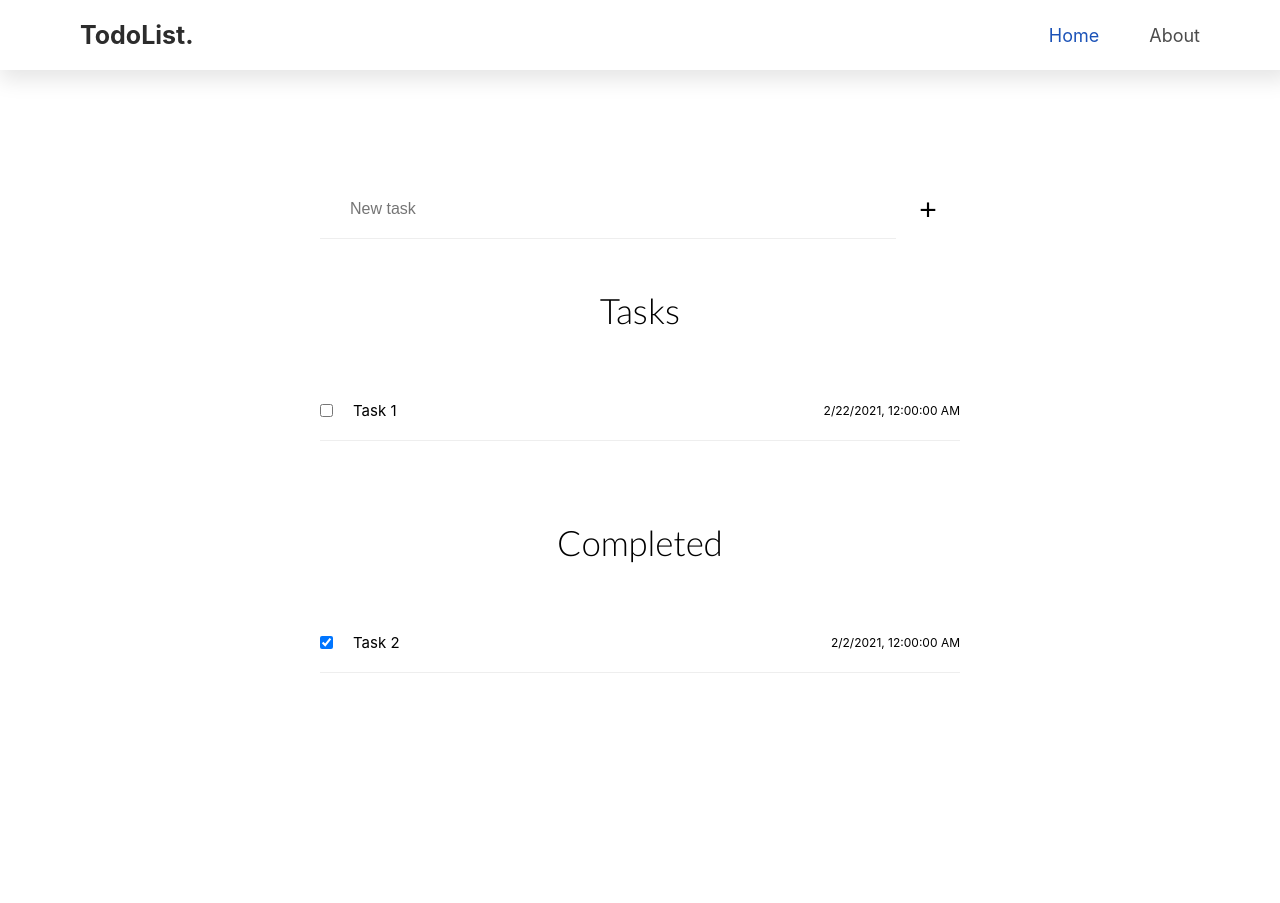
Repository: dqhuy153/react-todoList
Page: /
The author's editor kept a copy of each file at every save. The page is drawn from the files as they stood at one save, then again after the next save.
The browser window is 1280 px wide. The pictures show the whole page.
The project was rebuilt for these pictures with package versions that can differ from the ones it lists, and the page was loaded fresh each time. Also part of the build but not shown: src/components/UI/LoadingSpinner.module.scss.

Above is the page before, as saved 2021-09-16 22:10:36.

After the next save:
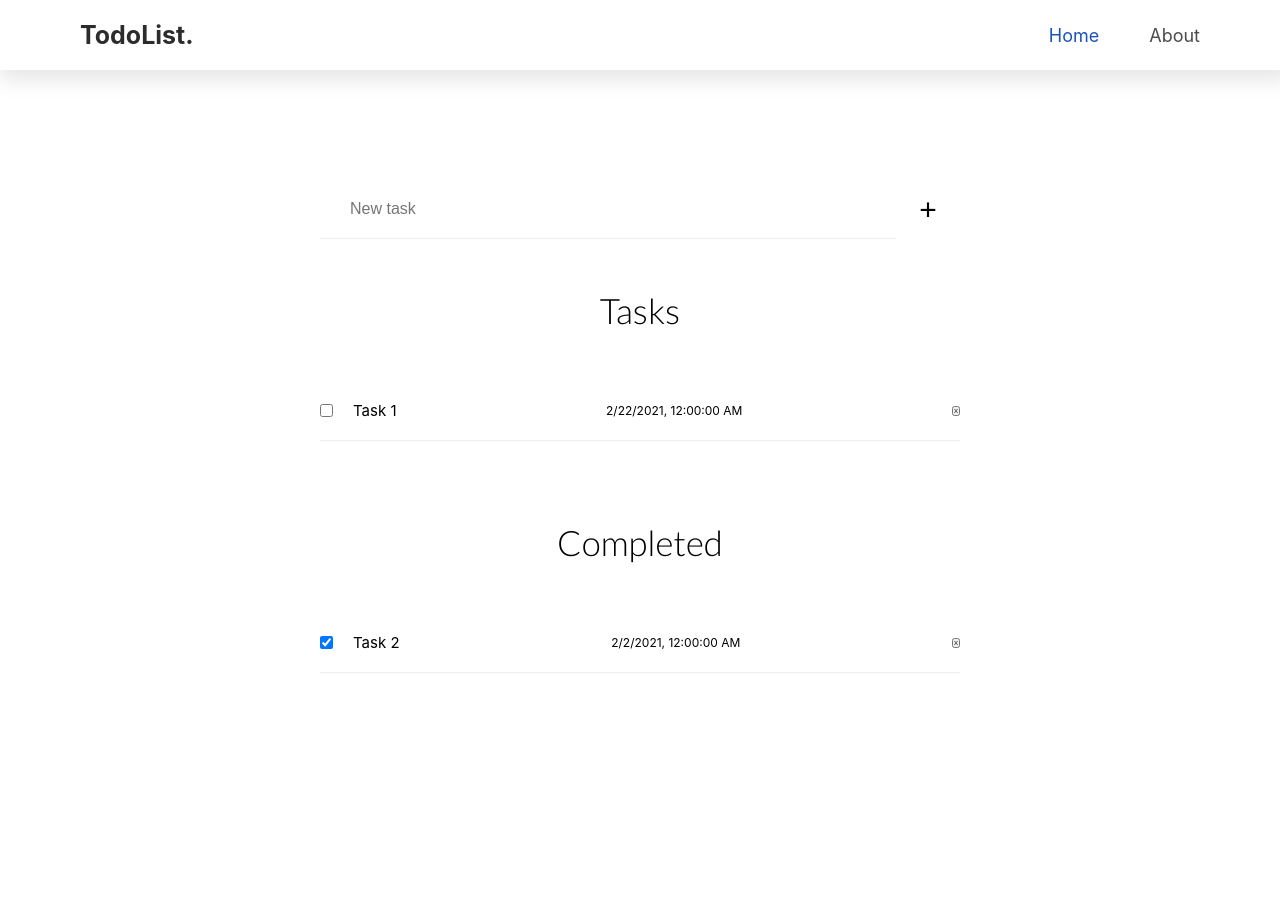
Saved 92 s later.
--- a/src/components/todos/TodoItem.js
+++ b/src/components/todos/TodoItem.js
@@ -19,6 +19,7 @@ export default function TodoItem({
         <p>{title}</p>
       </div>
       <p className={styles.date}>{date.toLocaleString()}</p>
+      <button>X</button>
     </div>
   );
 }
